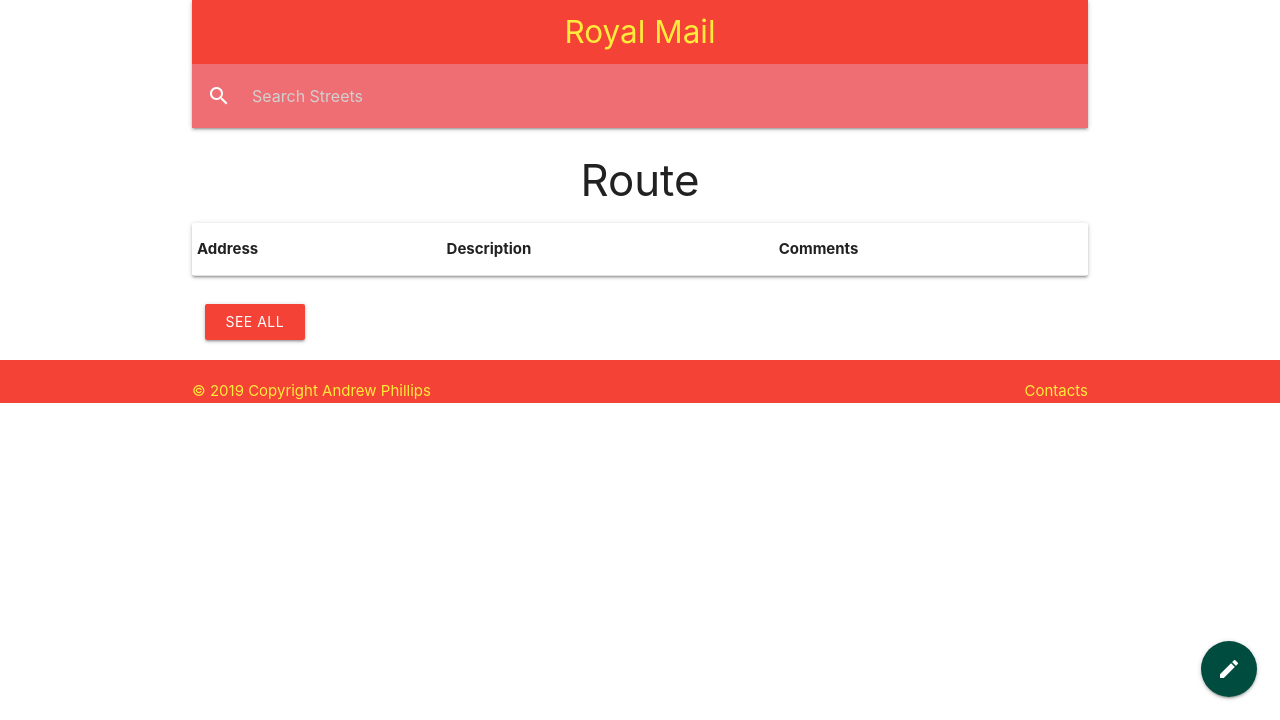
Repository: bandyp/Postal-Reminders
Page: http://localhost/goto_home
The author's editor kept a record of every edit. The page is drawn from the files as they stood at one moment, then again after the next edit.
The browser window is 1280 px wide. The pictures show the whole page.
The page is served by the project's application, run on Flask 3 (app.py). Queries for data that is not in the repository find no rows.

Above is the page before.

After the next edit:
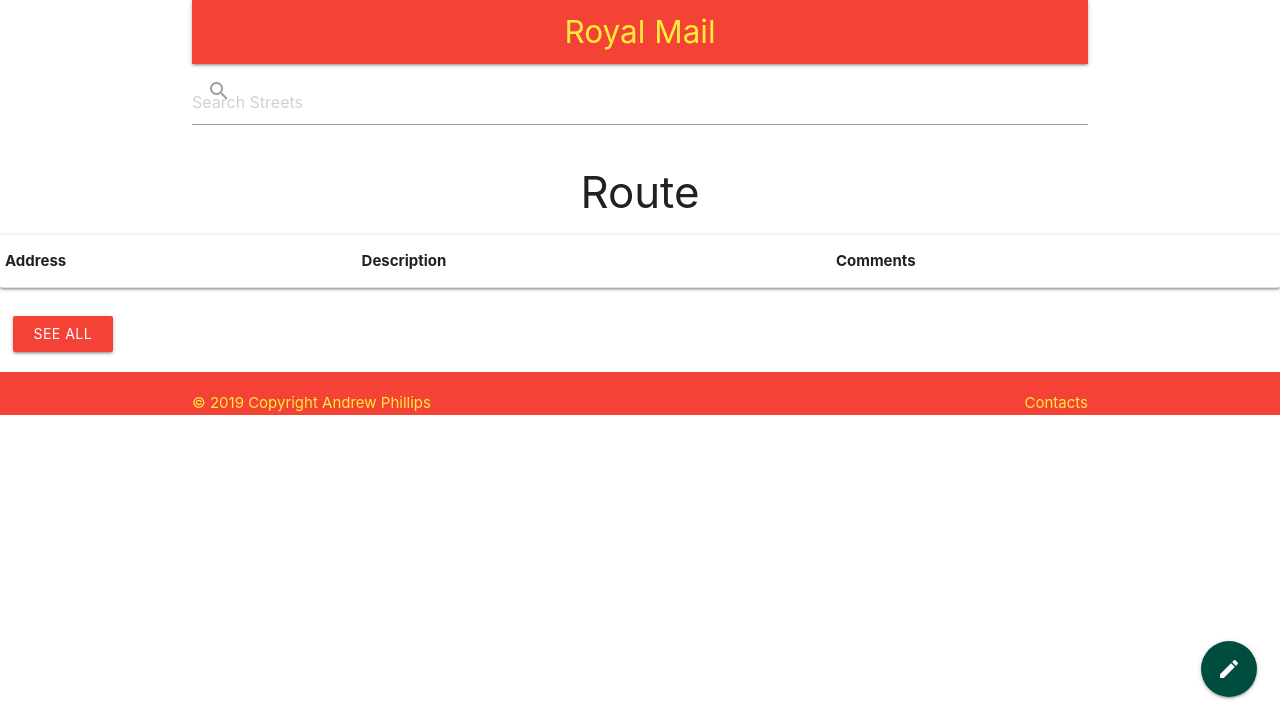
The edit:
--- a/templates/incidents.html
+++ b/templates/incidents.html
@@ -6,8 +6,7 @@
   </div>
 </nav>
 <!-- Search bar to find streets and incidents -->
-<nav>
-  <div class="nav-wrapper">
+
     <form>
       <div class="input-field">
         <input action="{{ url_for('searches') }}" name="search" id="search" type="search" placeholder="Search Streets" required>
